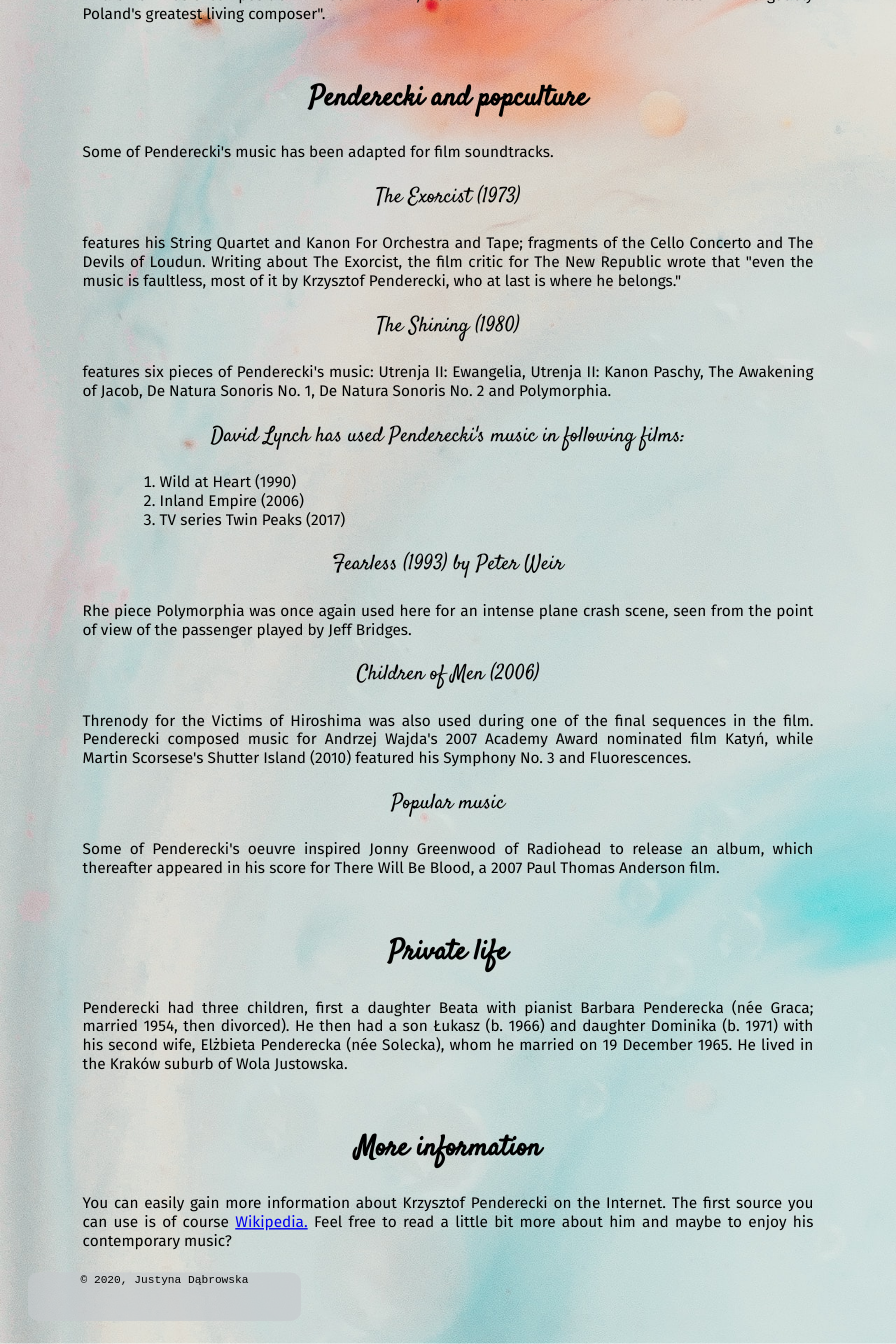
Repository: justynke/tribute_page
Page: index.html
An editor plug-in stored every save of this project. The page is shown before and after the next save, followed by the edit.
The browser window is 1280 px wide. The pictures show the part of the page from y = 1618 to 3538 px (the page is 3538 px tall before and 3514 px after), at 70% of full size.

Above is the page before, as saved 2020-04-24 16:24:29.

### index.html
<!DOCTYPE html>
<html lang = "pl-PL">
<head>
    <link href="https://fonts.googleapis.com/css2?family=Satisfy&display=swap" rel="stylesheet">
    <link href="https://fonts.googleapis.com/css2?family=Fira+Sans&display=swap" rel="stylesheet">

    <link rel="stylesheet" type="text/css" href="styles.css">
    <title>Krzysztof Penderecki Tribute Page</title>
</head>



<body id = "main">
<header>
    <nav id = "nav">
        <div id = "edu"><a href = "#education" style = "color: inherit; text-decoration: none;">Education</a></div>
        <div id = "pop"><a href = "#popculture" style = "color: inherit; text-decoration: none;">Popculture</a></div>
        <div id = "priv"><a href = "#private" style = "color: inherit; text-decoration: none;">Private life</a></div>
    </nav>


<main>
    <h1 id = "title">Welcome to Krzysztof Penderecki Tribute Page</h1>

    <div id = "img-div">
        <figure>
            <img id = "image" src = "images/penderecki_01.jpg" alt = "Krzysztof Penderecki">
            <figcaption id = "img-caption">Krzysztof Penderecki, photo: <a href = "http://gazeta.pl">Gazeta.pl</a></figcaption>
        </figure>
    </div>

</header>
    <hr>


<div id = "tribute-info">
    <section>
    <p>
        <b>Krzysztof Eugeniusz Penderecki</b> (Polish: [ˈkʂɨʂtɔf pɛndɛˈrɛt͡skʲi]; 23 November 1933 – 29 March 2020) was a Polish composer and conductor. Among his best known works are Threnody to the Victims of Hiroshima, Symphony No. 3, his St. Luke Passion, Polish Requiem, Anaklasis and Utrenja. Penderecki composed:
        <ul>
            <li>four operas</li>
            <li>eight symphonies and other orchestral pieces</li>
            <li>a variety of instrumental concertos</li>
            <li>choral settings of mainly religious texts</li>
            <li>chamber and instrumental works.</li>
        </ul>
    </p>
</section>
    <section id = "education">
    <h2>Education and first works</h2>
    <p>Penderecki studied music at Jagiellonian University and the Academy of Music in Kraków. After graduating from the Academy, he became a teacher there and began his career as a composer in 1959 during the Warsaw Autumn festival. His Threnody to the Victims of Hiroshima for string orchestra and the choral work St. Luke Passion have received popular acclaim. His first opera, The Devils of Loudun, was not immediately successful. Beginning in the mid-1970s, Penderecki's composing style changed, with his first violin concerto focusing on the semitone and the tritone. His choral work Polish Requiem was written in the 1980s and expanded in 1993 and 2005.</p>
    </section>


    <section>
    <h2>Awards</h2>
    <p>Penderecki won many prestigious awards, including the Prix Italia in 1967 and 1968; four Grammy Awards in 1987, 1998 (twice), and 2017; the Wolf Prize in Arts in 1987; and the University of Louisville Grawemeyer Award for Music Composition in 1992. In 2012, Sean Michaels of The Guardian called him "arguably Poland's greatest living composer".</p>
    </section>

    <section id = "popculture">
    <h2>Penderecki and popculture</h2>
    <p>Some of Penderecki's music has been adapted for film soundtracks.</p>
    <h3>The Exorcist (1973)</h3>
    <p>features his String Quartet and Kanon For Orchestra and Tape; fragments of the Cello Concerto and The Devils of Loudun. Writing about The Exorcist, the film critic for The New Republic wrote that "even the music is faultless, most of it by Krzysztof Penderecki, who at last is where he belongs."</p>
    <h3>The Shining (1980)</h3>
    <p> features six pieces of Penderecki's music: Utrenja II: Ewangelia, Utrenja II: Kanon Paschy, The Awakening of Jacob, De Natura Sonoris No. 1, De Natura Sonoris No. 2 and Polymorphia.</p>
    <h3>David Lynch has used Penderecki's music in following films:</h3>
    <ol>
        <li>Wild at Heart (1990)</li>
        <li>Inland Empire (2006)</li>
        <li>TV series Twin Peaks (2017)</li>
    </ol>
    <h3>Fearless (1993) by Peter Weir</h3>
    <p>Rhe piece Polymorphia was once again used here for an intense plane crash scene, seen from the point of view of the passenger played by Jeff Bridges. </p>

    <h3>Children of Men (2006)</h3>
     <p>Threnody for the Victims of Hiroshima was also used during one of the final sequences in the film. Penderecki composed music for Andrzej Wajda's 2007 Academy Award nominated film Katyń, while Martin Scorsese's Shutter Island (2010) featured his Symphony No. 3 and Fluorescences.

        <h3>Popular music</h3>
        <p>Some of Penderecki's oeuvre inspired Jonny Greenwood of Radiohead to release an album, which thereafter appeared in his score for There Will Be Blood, a 2007 Paul Thomas Anderson film.</p>
</section>

    <section id = "private">
        <h2>Private life</h2>
        <p>Penderecki had three children, first a daughter Beata with pianist Barbara Penderecka (née Graca; married 1954, then divorced). He then had a son Łukasz (b. 1966) and daughter Dominika (b. 1971) with his second wife, Elżbieta Penderecka (née Solecka), whom he married on 19 December 1965. He lived in the Kraków suburb of Wola Justowska.</p>
    </section>

    <section>
        <h2>More information</h2>
        <p>You can easily gain more information about Krzysztof Penderecki on the Internet. The first source you can use is of course <a href = "https://en.wikipedia.org/wiki/Krzysztof_Penderecki" target="_blank" id = "tribute-link">Wikipedia.</a> Feel free to read a little bit more about him and maybe to enjoy his contemporary music?</p>
    </section>
    </div>
    <script src="https://cdn.freecodecamp.org/testable-projects-fcc/v1/bundle.js"></script>
</main>
<footer>
    &copy; 2020, Justyna Dąbrowska
</footer>
</body>
</html>

### styles.css
body {
    background-image: url(images/background.jpg);
}

h1 {
    text-align: center;
    font-family: 'Satisfy';
    font-size: 52px;
    margin-bottom: 0.8em;
}

h2 {
    font-family: 'Satisfy';
    font-size: 40px;
    margin-top: 2em;
    text-align: center;
}

h3 {
    font-family: 'Satisfy';
    font-size: 30px;
    text-align: center;
    font-weight: 250;
}

#img-div {
    height: 38vw;
    width: 80vw;
    margin: auto;
    position: relative;
}


#image {
    filter: gray; /* IE6-9 */
    -webkit-filter: grayscale(1); /* Google Chrome, Safari 6+ & Opera 15+ */
    filter: grayscale(1);
    max-width: 100%;
    max-height: 100%;
    height: auto;
    margin: auto;
    display: block;
    position: relative;
    border: solid;
    border-color: transparent;
    border-radius: 4%;
}

#image:hover {
    filter: grayscale(0);
}

#img-caption {
    font-family: 'Fira Sans', sans-serif;;
    text-align: center;
    font-style: italic;
    font-size: small;
    font-weight: 100;
}

figure {
    margin: auto;
    width: 100%;
    height: 100%;
    position: relative;
}

hr {
    margin-top: 2.5em;
}

p {
    padding-left: 5em;
    padding-right: 5em;
    font-family: 'Fira Sans', sans-serif;
    font-size: 22px;
    text-align: justify;
}

ul {
    padding-left: 10em;
    font-family: 'Fira Sans', sans-serif;
    font-size: 22px;
}

ol {
    padding-left: 10em;
    font-family: 'Fira Sans', sans-serif;
    font-size: 22px;
}

#nav {
    font-family: 'Satisfy', sans-serif;
    display: flex;
    justify-content: space-evenly;
    width: 100%;
    height: 5vw;
    margin: auto;
    position: relative;
    font-size: 3vw;
}

#edu {
    display: flex;
    background-color: #DC3522;
    flex-grow: 1;
    border: solid;
    border-color: transparent;
    border-radius: 15px 0px 0px 15px;
    color: white;
    justify-content: center;
    align-items: center;
    opacity: 0.7;
}

#pop {
    display: flex;
    flex-grow: 1;
    background-color: #D9CB9E;
    color: white;
    justify-content: center;
    align-items: center;
    opacity: 0.7;
}

#priv {
    display: flex;
    flex-grow: 1;
    background-color: #374140;
    border: solid;
    border-color: transparent;
    border-radius: 0px 15px 15px 0px;
    color: white;
    justify-content: center;
    align-items: center;
    opacity: 0.7;
}

footer {
    display: flex;
    margin: auto;
    background-color: rgb(198, 203, 206, 0.7);
    text-align: center;
    border: solid;
    border-color: transparent;
    border-radius: 15px;
    width: 30vw;
    height: 5vw;
    align-items: center;
    justify-content: center;
    font-family: 'Courier New', Courier, monospace;
    margin: 2em;
    display: block;
}

After the next save:
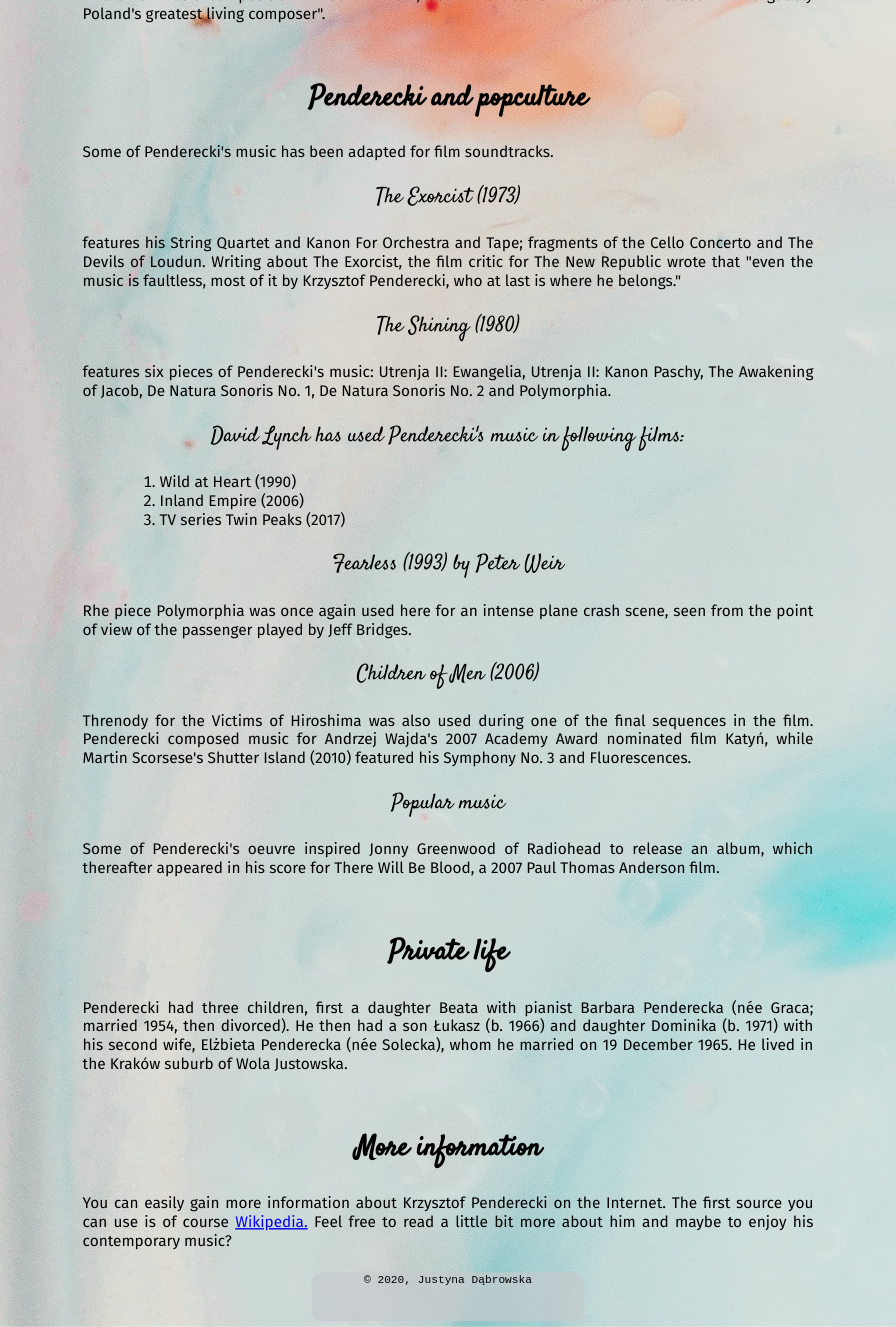
Saved 5 s later.
--- a/styles.css
+++ b/styles.css
@@ -149,6 +149,6 @@
     align-items: center;
     justify-content: center;
     font-family: 'Courier New', Courier, monospace;
-    margin: 2em;
+    margin-top: 2em;
     display: block;
 }
